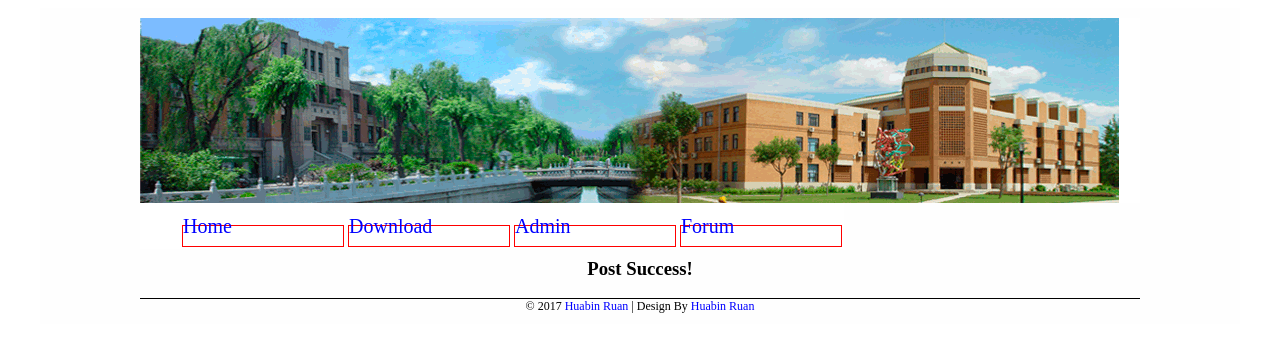
Repository: ruanhuabin/LifeSoftwareWebSite
Page: http://localhost/CryoEM/software_post_success.jsp
These files come from the project's save history. The page is drawn as it stood at one moment and after the next save; the edit follows.
The browser window is 1280 px wide. The pictures show the whole page.
The page is served by Tomcat 9. Nobody is signed in. The application's start-up code is not run. Other server files are loaded and not shown.

Above is the page before, as saved 2017-08-14 05:05:13.

### CryoEM/WebRoot/software_post_success.jsp
<%@ page language="java" import="java.util.*" pageEncoding="utf-8"%>
<%
String path = request.getContextPath();
String basePath = request.getScheme()+"://"+request.getServerName()+":"+request.getServerPort()+path+"/";
%>


<!DOCTYPE html PUBLIC "-//W3C//DTD XHTML 1.0 Transitional//EN" "http://www.w3.org/TR/xhtml1/DTD/xhtml1-transitional.dtd">
<html xmlns="http://www.w3.org/1999/xhtml">
<head>
<meta http-equiv="Content-Type" content="text/html; charset=utf-8" />
<link href="<%=basePath%>/style.css" rel="stylesheet" type="text/css" />
</head>
<body>


<div id="main-container">
<div id="header"></div>
<div id="navigation">
	<ul>
		<li><a href="<%=path%>/index.jsp">Home</font></a></li>
		<li><a href="<%=path%>/user/User_listSoftware.action">Download</a></li>
		<li><a href="<%=path%>/post/Admin_toAdmin.action">Admin</a></li>
		<li><a href="http://10.10.32.133/qa">Forum</a></li>
	</ul>
</div>
<script type="text/javascript">
		var index_plist = {
			obj : document.getElementById("navigation")
					.getElementsByTagName("li"),
			currObj : null,
			init : function() {
				for (i = 0; i < index_plist.obj.length; i++) {
					eval("index_plist.obj[i].getElementsByTagName('a')[0].onclick=function(){this.className='curr';if(index_plist.currObj){index_plist.currObj.className=''}index_plist.currObj=this}");
				}
			}
		};
		index_plist.init();
</script>


<br/>
<br/>

 <h3 align="center">
	 Post Success!
 </h3>


<div id="footer">&copy; 2017 <a href="mailto:ruanhuabin@tsinghua.edu.cn">Huabin Ruan</a> | Design By <a href="#">Huabin Ruan</a> </div>
</div>


</body>
</html>

### CryoEM/WebRoot/style.css
#header {height:185px; width:100%;background-image: url(images/banner.png);background-repeat: no-repeat; background-color:white;}
body
{
	background-color:white;
	font-family: "Times New Roman",Georgia,Serif
}
#footer {
	width:100%;
	border-top:  #000000 1px solid;
	text-align:center;
	font-size:12px;
	}


.form-div {
    /* border: 1px solid black; */
    margin-top: 50px;
    margin-bottom: 100px;
    margin-right: 150px;
    margin-left: 80px;
    background-color: white;
}

#admin-login-form {

   /*  margin-top: 50px;
    margin-bottom: 100px;
    margin-right: 150px;
    margin-left: 200px;
    background-color: white; */
    align: center

}

#content-div {
   /*  border: 1px solid black; */
    margin-top: 40px;
    margin-bottom: 100px;
    margin-right: 150px;
    margin-left: 0px;
    background-color: white;
}

#main-container {
	width:1000px;
	/* width:80% */
	border: #000000 0px solid;
	margin: 0 auto;
 	background-color:#FEFEFE;
   /*  background-color:white; */

    clear:both;
	/* padding:25px 100px; */
	padding:10px 100px
	}

#leftbar {
	float:left;
	width:800px;
	border-right:1px solid #BCBDBC;
}

#rightbar {
	float:left;
	width:200px;
}

a
{
	text-decoration: none;
	color:blue;
}

a:hover
{
	color:red;
}
a:visited
{
	color: blue;
}

ul {margin-left: 0; padding-left: 40px;}
/* li {margin-left: 0; padding-left: 50px;} */

#navigation{list-style:none; text-align:left; font-size:20px; background:white; float:left}
#navigation li{width:160px; height:20px; line-height:0px; float:left; margin:2px; list-style:none;}
#navigation a{height:100%; display:block; text-decoration:none}
#navigation .curr{background:url(sub/images/nav_on.png); color:red;}

/* ul, li { list-style: none; margin: 0; padding: 0; }
ul { padding-left: 1em; }
li { padding-left: 1em;
  border: 1px dotted black;
  border-width: 0 0 1px 1px;
}
li.container { border-bottom: 0px; }
li.empty { font-style: italic;
  color: silver;
  border-color: silver;
}
li p { margin: 0;
  background: white;
  position: relative;
  top: 0.5em;
}
li ul {
  border-top: 1px dotted black;
  margin-left: -1em;
  padding-left: 2em;
}
ul li:last-child ul {
  border-left: 1px solid white;
  margin-left: -17px;
}  */


li{
    /* margin-top: 1px; */
    margin:0;
    border:1px solid red;
}

li:first-child {
    margin-top:0;
}

After the next save:
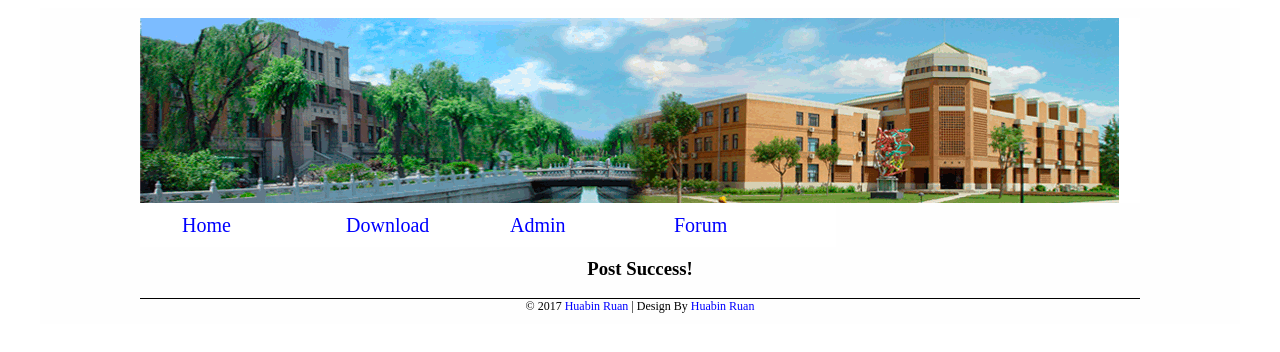
Saved 2 min 55 s later.
--- a/CryoEM/WebRoot/style.css
+++ b/CryoEM/WebRoot/style.css
@@ -115,12 +115,12 @@ ul li:last-child ul {
 }  */
 
 
-li{
-    /* margin-top: 1px; */
+/* li{
+    margin-top: 1px;
     margin:0;
     border:1px solid red;
 }
 
 li:first-child {
     margin-top:0;
-}
+} */
